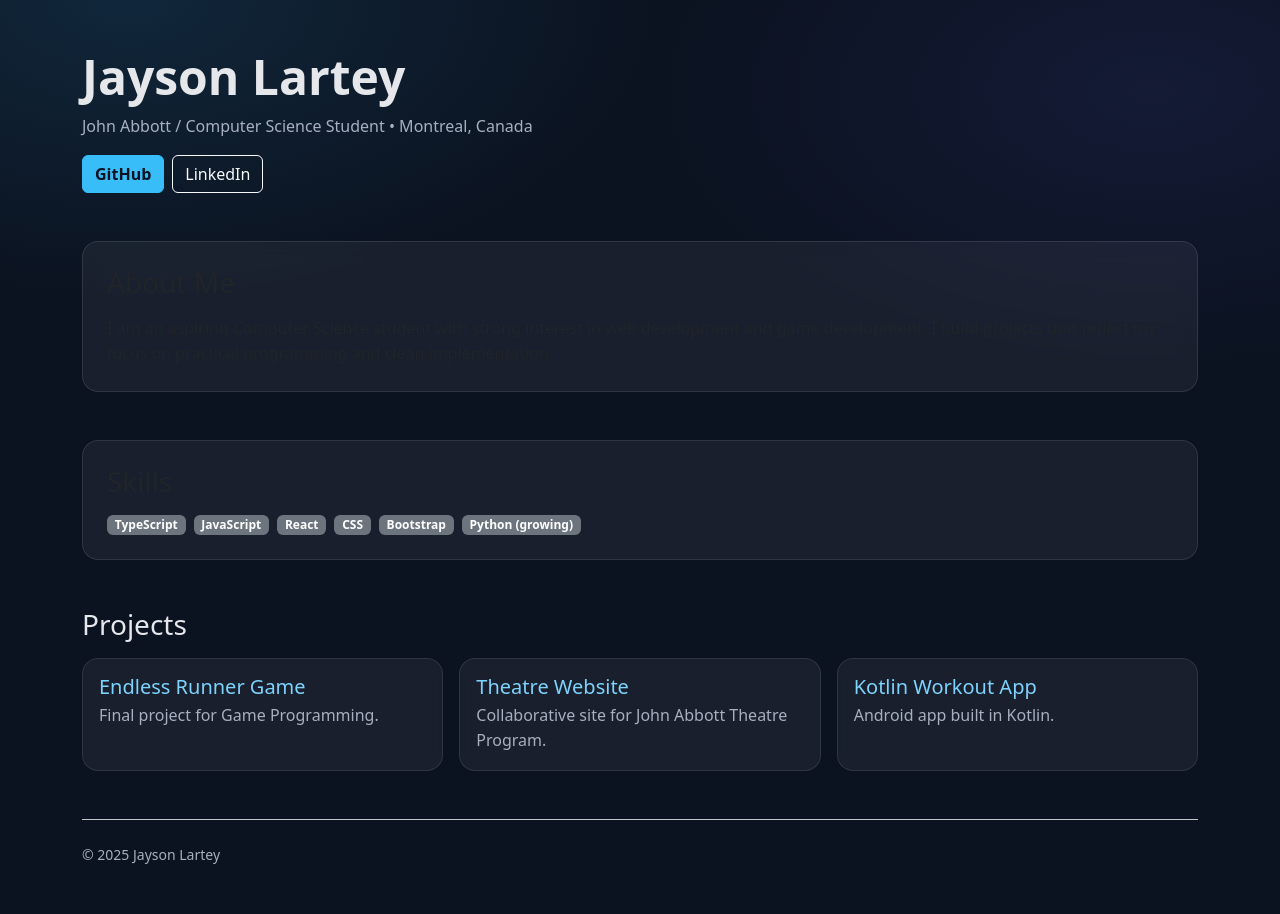
Repository: jaysonlartey/jaysonlartey.github.io
Page: index.html
An editor plug-in stored every save of this project. The page is shown before and after the next save, followed by the edit.
The browser window is 1280 px wide. The pictures show the whole page.

Above is the page before, as saved 2025-12-12 20:28:25.

After the next save:
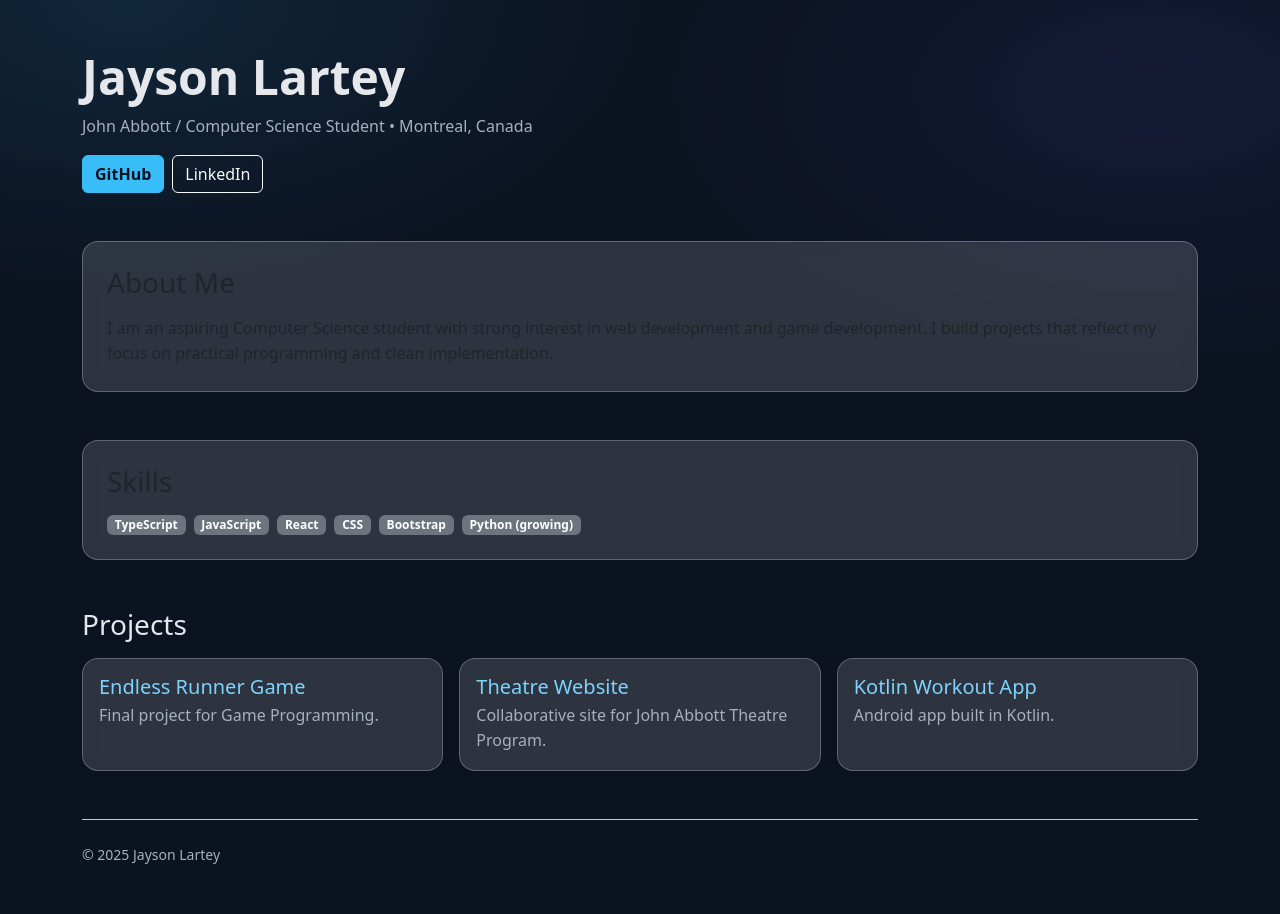
Saved 92 s later.
--- a/style.css
+++ b/style.css
@@ -2,8 +2,8 @@
   --bg: #0b1220;
   --fg: #e5e7eb;
   --muted: #a7b0c0;
-  --card: rgba(255,255,255,0.06);
-  --card-border: rgba(255,255,255,0.10);
+  --card: rgba(255,255,255,0.14);
+  --card-border: rgba(255,255,255,0.25);
 }
 
 *{ box-sizing:border-box; }
